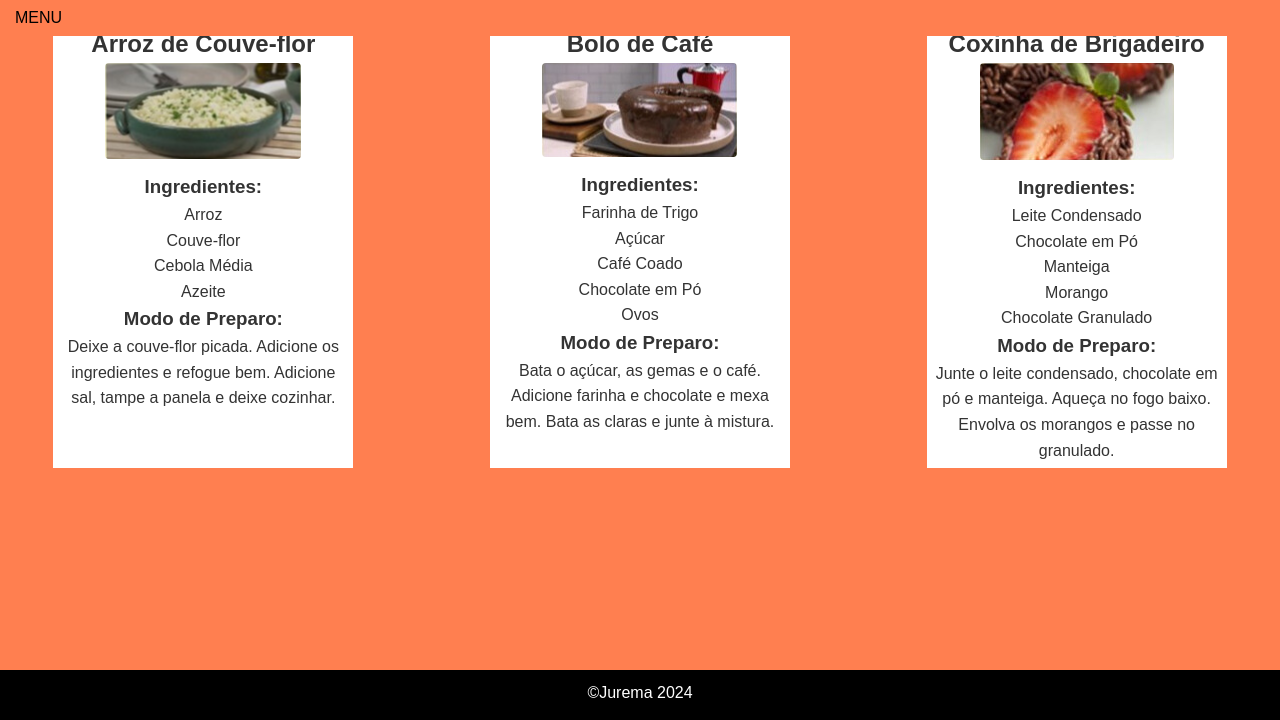
Repository: devropaes/RECEITAS
Page: OneDrive/Área de Trabalho/Estudos/Estácio/receitas/receitas.html
These files come from the project's save history. The page is drawn as it stood at one moment and after the next save; the edit follows.
The browser window is 1280 px wide. The pictures show the whole page.

Above is the page before, as saved 2024-03-15 11:12:55.

### OneDrive/Área de Trabalho/Estudos/Estácio/receitas/receitas.html
<!DOCTYPE html>
<html lang="pt-br">
<head>
    <meta charset="UTF-8">
    <meta http-equiv="X-UA-Compatible" content="IE=edge">
    <meta name="viewport" content="width=device-width, initial-scale=1.0">
    <link rel="stylesheet" href="formatos.css">
    <link rel="stylesheet" href="receitas.css">
    <title>Receitas</title>
</head>
<body>
  <div class="page-container">
    <header>
        <nav>
            <div class="page-container"></div>
  <ul class="navlist">
      <li><a href="home.html">MENU</a></li>

 </ul>
        </nav>
    </header>

    <main>
        <section class="receitas-container">
            <!-- Receita 1 -->
            <div class="receita">
                <h2>Arroz de Couve-flor</h2>
                <img src="./assets/arroz.png" alt="Arroz de Couve-flor">
                <h3>Ingredientes:</h3>
                <ul>
                    <li>Arroz</li>
                    <li>Couve-flor</li>
                    <li>Cebola Média</li>
                    <li>Azeite</li>
                </ul>
                <h3>Modo de Preparo:</h3>
                <p>Deixe a couve-flor picada. Adicione os ingredientes e refogue bem. Adicione sal, tampe a panela e deixe cozinhar.</p>
            </div>

            <!-- Receita 2 -->
            <div class="receita">
                <h2>Bolo de Café</h2>
                <img src="./assets/bolo.png" alt="Bolo de Café">
                <h3>Ingredientes:</h3>
                <ul>
                    <li>Farinha de Trigo</li>
                    <li>Açúcar</li>
                    <li>Café Coado</li>
                    <li>Chocolate em Pó</li>
                    <li>Ovos</li>
                </ul>
                <h3>Modo de Preparo:</h3>
                <p>Bata o açúcar, as gemas e o café. Adicione farinha e chocolate e mexa bem. Bata as claras e junte à mistura.</p>
            </div>

            <!-- Receita 3 -->
            <div class="receita">
                <h2>Coxinha de Brigadeiro</h2>
                <img src="./assets/brigadeiro.png" alt="Coxinha de Brigadeiro">
                <h3>Ingredientes:</h3>
                <ul>
                    <li>Leite Condensado</li>
                    <li>Chocolate em Pó</li>
                    <li>Manteiga</li>
                    <li>Morango</li>
                    <li>Chocolate Granulado</li>
                </ul>
                <h3>Modo de Preparo:</h3>
                <p>Junte o leite condensado, chocolate em pó e manteiga. Aqueça no fogo baixo. Envolva os morangos e passe no granulado.</p>
            </div>
        </section>
    </main>


    <footer class="rodape">
      <p>&copy;Jurema 2024 </p>
 </footer>
</body>
</html>

### OneDrive/Área de Trabalho/Estudos/Estácio/receitas/formatos.css


:root {
    --cor-primaria: #ff7f50;
    --cor-secundaria: #333;
    --cor-terciaria: #000;
    --cor-hover: #fff;
    --font-primaria: "Arial, Helvetica", sans-serif;
    --font-secundaria: "Krona-One", sans-serif;
}

* {
    margin: 0;
    padding: 0;
    box-sizing: border-box;
}

body {

    background-color: var(--cor-primaria);
    color: var(--cor-secundaria);
    font-family: var(--font-secundaria);
    font-size: 16px;
    line-height: 1.6;
    font-weight: 400;
    text-align: center;
    margin: 5px;
    padding: 5px;


}
.navlist li {
    display: flex;
    margin: 5px;
}
.navlist a {
    text-decoration: none;
    color: var(--cor-terciaria);
    font-family: var(--font-primaria);
    font-size: 1em;
    font-weight: normal; /* ou outro valor adequado */
    margin: 0;
    padding: 0;
}
.logo-container {
    display: flex;
    align-items: center;
    font-size: 1em;
    margin-bottom: 50px;
    margin-top: 80px;
}
.logo {
    width: 5px;
    width: 5px;
    margin-right: 0px;

}
.receitas__tia__jurema {
    width: 80px;
    font-size: 2.5em;
    margin-bottom: 50px;
    padding: 50px;
    display:contents;

}
.content {
    display: flex;
    flex-direction: column;
    align-items: center;
    justify-content: center;
    text-align: center;
}

.apresentacao {
    font-size: 1.5em;
    text-align:inherit;
    padding: 30px;
    width: 80%; /* Ajuste conforme necessário */
    margin: auto;

}
.apresentação h2 {
    margin: bottom 30px;
    padding: 30px;
    text-align: center;
}

/* Adicione esta regra para alinhar o logo à esquerda da Receitas Tia Jurema */
.content {
    display: flex;
    align-items: center;
    margin-bottom: 20px;
}

.logo {
    width: 70px;
    margin-right: 5px; /* Ajuste conforme necessário */

}

/* Explorar as possibilidades da visualização no modo flex */
.container {
    display: flex;
    justify-content: space-around; /* Alinha os elementos filhos com espaço entre eles */
    align-items: center; /* Centraliza os elementos verticalmente */
}

header {
    /* Se desejar posicionar o cabeçalho fixo no topo da página: */
    position: fixed;
    top: 0;
    width: 100%;
    margin-top: 0%;
    background-color:var(--cor-primaria);
    z-index: 1000; /* Certifique-se de que o cabeçalho apareça acima do conteúdo */
}
.rodape {
    background-color: var(--cor-terciaria);
    border-color: var(--cor-hover);
    color: var(--cor-hover);
    text-align: center;
    padding: 10px;
    position: fixed;
    border-bottom: var(--cor-hover);
    left: 0;
    bottom: 0%;
    width: 100%;
    height: 50px;
    max-width: 100%;

}
main {
    margin-bottom: 60px; /* Ajuste a margem inferior para acomodar a altura do rodapé mais uma margem extra */
}

### OneDrive/Área de Trabalho/Estudos/Estácio/receitas/receitas.css

.apresentacao__receitas__link {
    display:contents;
    width: 100px;
    padding: 10px;
    align-items: center;
    justify-content: center:
}
.receitas-container {
    display: flex;
    flex-wrap: wrap;
    gap: 50px;
    justify-content:space-around;
    max-height: 1000px;
    overflow: auto;
    margin-top: 10px;
}
.receita {
    background-color:var(--cor-hover);
    padding: 5px;
    width: 300px;
}
.receita img {
    max-width: 100%;
    height: auto;
    border-radius: 4px;
    margin-bottom: 5px;
    margim-top: 20px;
}
.receita h2 {
    color:var(--cor-secundaria);
}

.receita h3 {
    color:var(--cor-secundaria);
}

.receita ul {
    list-style: none;
    padding: 0;
}

.receita p {
    color:var(--cor-secundaria);
}

After the next save:
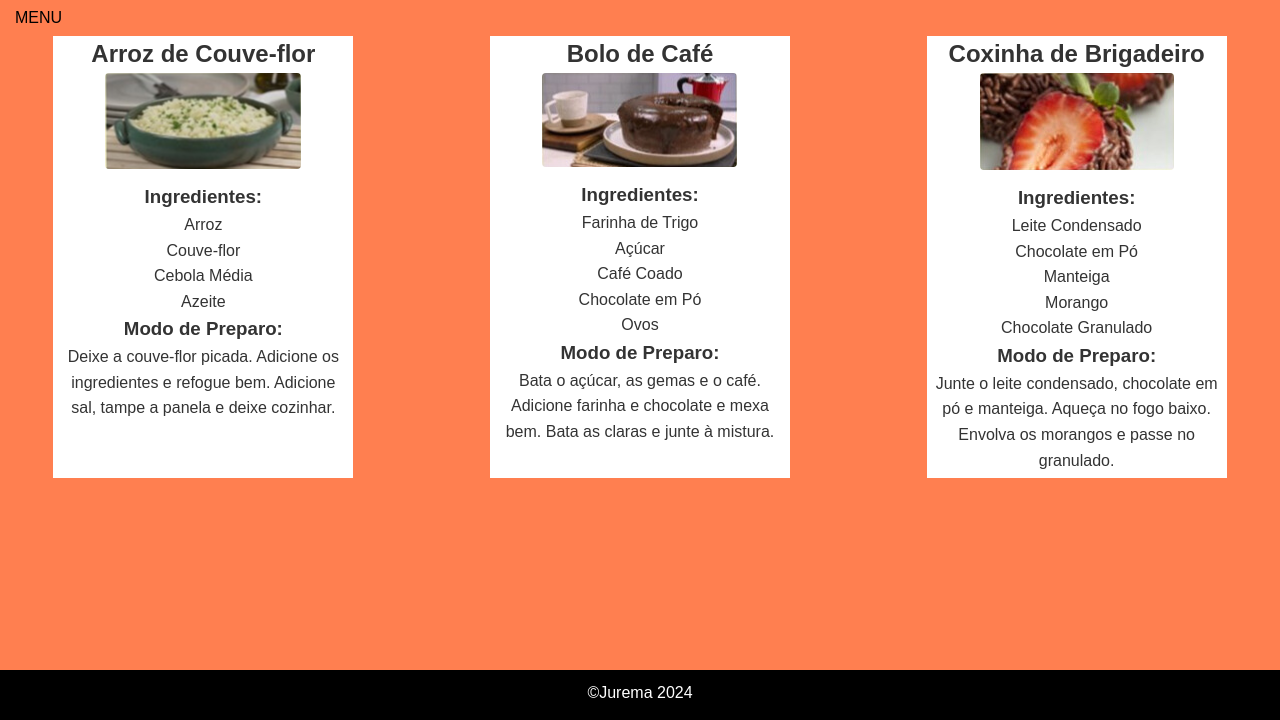
Saved 21 s later.
--- a/OneDrive/Área de Trabalho/Estudos/Estácio/receitas/receitas.css
+++ b/OneDrive/Área de Trabalho/Estudos/Estácio/receitas/receitas.css
@@ -13,7 +13,7 @@
     justify-content:space-around;
     max-height: 1000px;
     overflow: auto;
-    margin-top: 10px;
+    margin-top: 20px;
 }
 .receita {
     background-color:var(--cor-hover);
